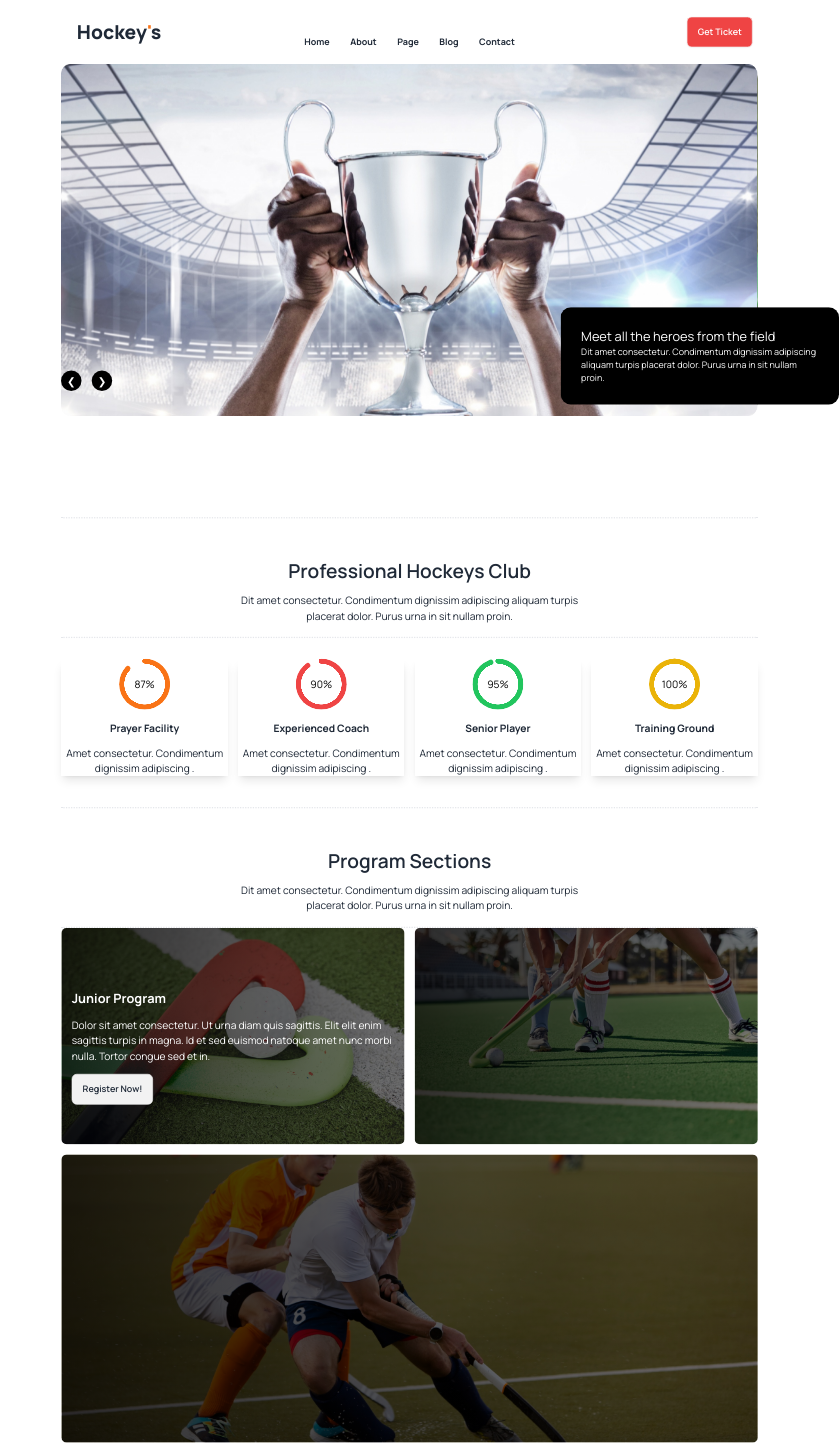
Repository: RudrasahaDibos/Hockey-
Page: index.html
The author's editor kept a copy of each file at every save. The page is drawn from the files as they stood at one save, then again after the next save.
The browser window is 1280 px wide. The page is 1311 px wide, so the pictures cover 1311 px, including what lies to the right of the window. The pictures show the whole page, at 64% of full size.
Some web libraries are served in a nearby version.

Above is the page before, as saved 2024-10-23 22:36:54.

After the next save:
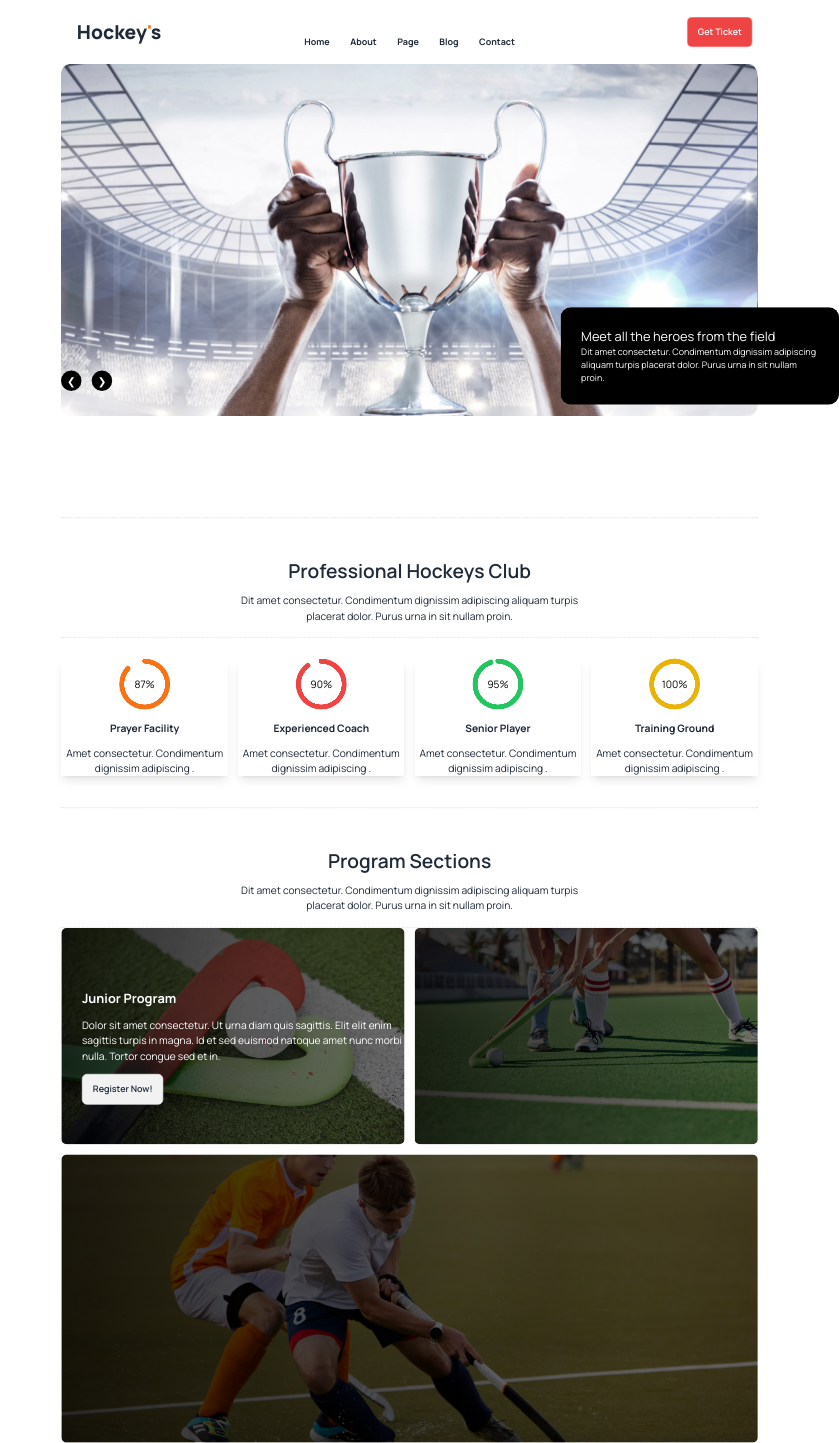
Saved 17 s later.
--- a/index.html
+++ b/index.html
@@ -211,7 +211,7 @@
 
                                   <div class=" relative bg-no-repeat rounded-lg  bg-center bg-cover  w-full bg-[linear-gradient(90deg,rgb(0,0,0,0.8),rgb(0,0,0,0.5)),url(./images/2.png)] h-[338px]">
 
-                                   <div class="text-start pt-24 space-y-4 pl-4">
+                                   <div class="text-start pt-24 space-y-4 pl-8">
                                     <h2 class="text-white text-xl font-bold">Junior Program</h2>
                                     <p class="text-white">Dolor sit amet consectetur. Ut urna diam quis sagittis. Elit elit
                                       enim sagittis turpis in magna. Id et sed euismod natoque amet nunc morbi nulla. Tortor congue sed et in.</p>
